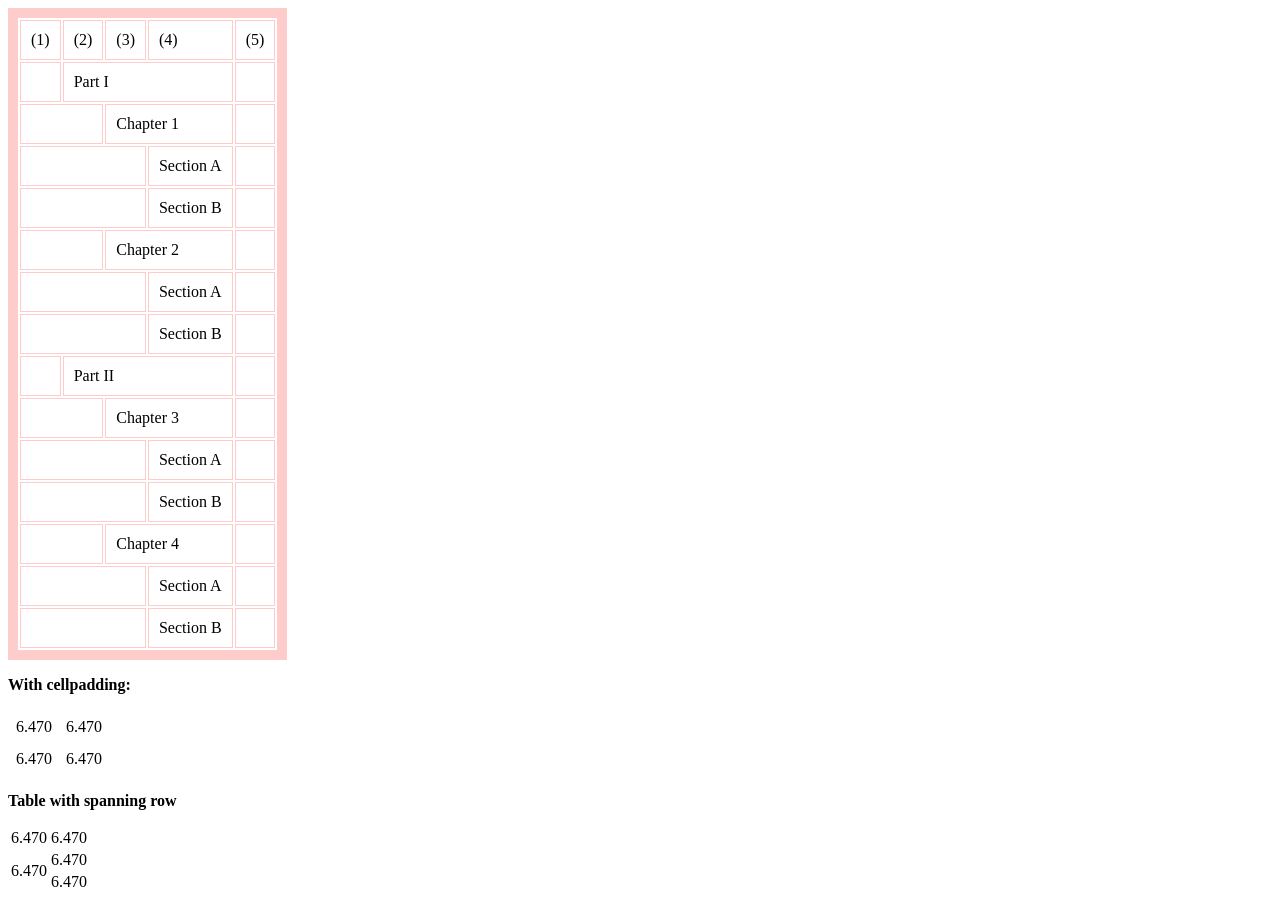
Repository: watermelonfee/HTCNWEB
Page: Tuan01/BT06/BT06b.html
These files come from the project's save history. The page is drawn as it stood at one moment and after the next save; the edit follows.
The browser window is 1280 px wide. The pictures show the whole page.

Above is the page before, as saved 2023-02-21 22:42:53.

### Tuan01/BT06/BT06b.html
<!DOCTYPE html>
<html lang="en">
<head>
    <meta charset="UTF-8">
    <meta http-equiv="X-UA-Compatible" content="IE=edge">
    <meta name="viewport" content="width=device-width, initial-scale=1.0">
    <title>Document</title>
</head>
<body>
    <div>
        <table border="10" cellpadding="10" bordercolor="FFCCCC"class="table1">
            <tr class="text2">
            <td>(1)</td>
            <td>(2)</td>
            <td>(3)</td>
            <td id="id4" colspan="2">(4)</td>
            <td>(5)</td>
            </tr>
            <tr>
            <td></td>
            <td colspan="4"><span>Part I</span></td>
            <td></td>
            </tr>
            <tr>
            <td colspan="2"></td>
            <td colspan="3"><span>Chapter 1</span></td>
            <td></td>
            </tr>
            <tr>
            <td colspan="3"></td>
            <td colspan="2"><span>Section A</span></td>
            <td></td>
            </tr>
            <tr>
            <td colspan="3"></td>
            <td colspan="2"><span>Section B</span></td>
            <td></td>
            </tr>
            <tr>
            <td colspan="2"></td>
            <td colspan="3"><span>Chapter 2</span></td>
            <td></td>
            </tr>
            <tr>
            <td colspan="3"></td>
            <td colspan="2"><span>Section A</span></td>
            <td></td>
            </tr>
            <tr>
            <td colspan="3"></td>
            <td colspan="2"><span>Section B</span></td>
            <td></td>
            </tr>
            <tr>
            <td></td>
            <td colspan="4"><span>Part II</span></td>
            <td></td>
            </tr>
            <tr>
            <td colspan="2"></td>
            <td colspan="3"><span>Chapter 3</span></td>
            <td></td>
            </tr>
            <tr>
            <td colspan="3"></td>
            <td colspan="2"><span>Section A</span></td>
            <td></td>
            </tr>
            <tr>
            <td colspan="3"></td>
            <td colspan="2"><span>Section B</span></td>
            <td></td>
            </tr>
            <tr>
            <td colspan="2"></td>
            <td colspan="3"><span>Chapter 4</span></td>
            <td></td>
            </tr>
            <tr>
            <td colspan="3"></td>
            <td colspan="2"><span>Section A</span></td>
            <td></td>
            </tr>
            <tr>
            <td colspan="3"></td>
            <td colspan="2"><span>Section B</span></td>
            <td></td>
        </table>

        <div class="table2">
            <p><b>With cellpadding:</b></p>
            <table cellpadding="6.470px">
                <tr>
                <td>6.470</td>
                <td>6.470</td>
                </tr>
                <tr>
                <td>6.470</td>
                <td>6.470</td>
            </tr>
            </table>

            <p><b>Table with spanning row</b></p>
            <table>
                <tr>
                    <td>6.470</td>
                    <td>6.470</td>
                </tr>
                <tr>
                    <td rowspan="2">6.470</td>
                    <td>6.470</td>
                </tr>
                <tr>
                    <td>6.470</td>
                </tr>
            </table>
        </div>
        </div>
</body>
</html>

After the next save:
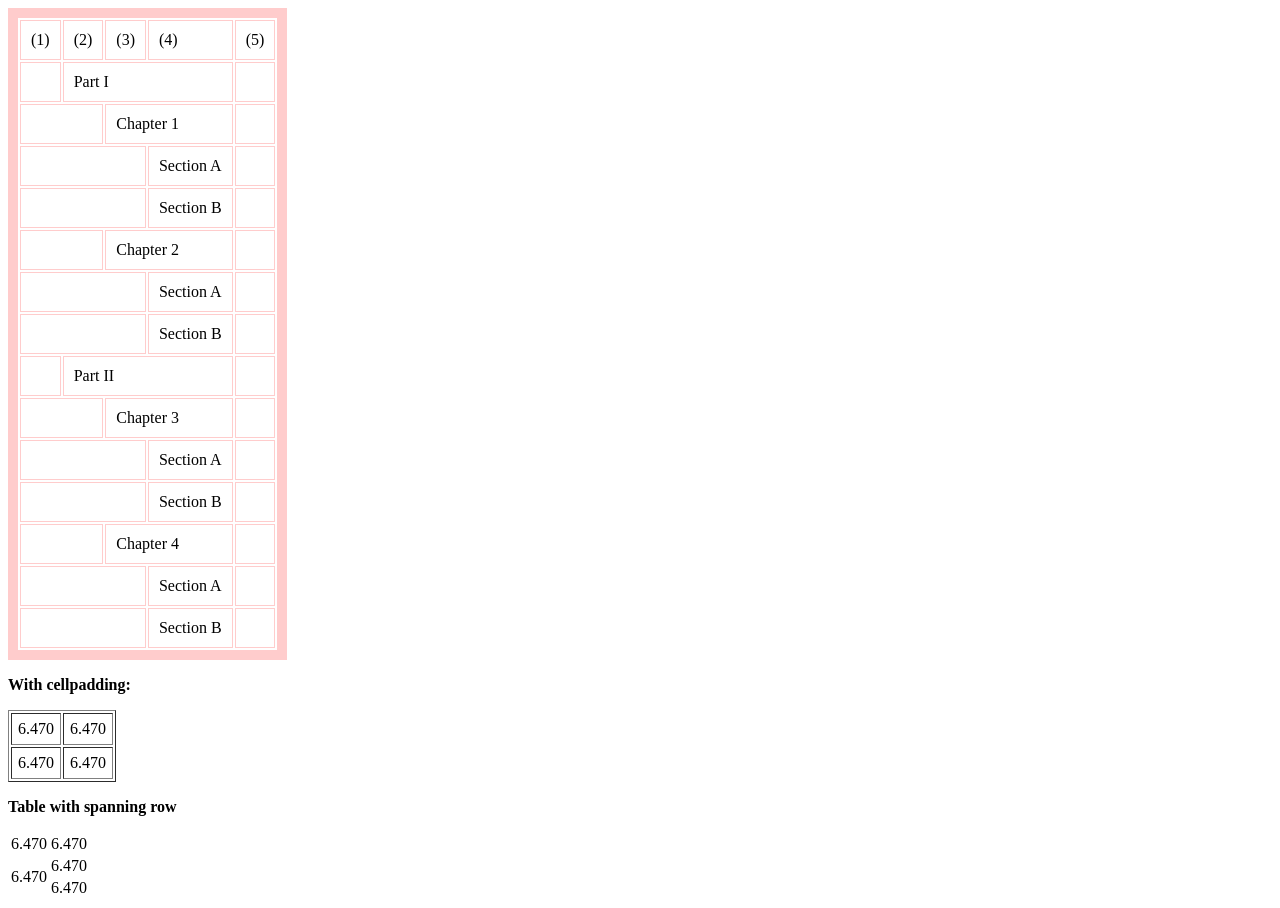
Saved 80 s later.
--- a/Tuan01/BT06/BT06b.html
+++ b/Tuan01/BT06/BT06b.html
@@ -89,7 +89,7 @@
 
         <div class="table2">
             <p><b>With cellpadding:</b></p>
-            <table cellpadding="6.470px">
+            <table border : 5px cellpadding="6.470px">
                 <tr>
                 <td>6.470</td>
                 <td>6.470</td>
